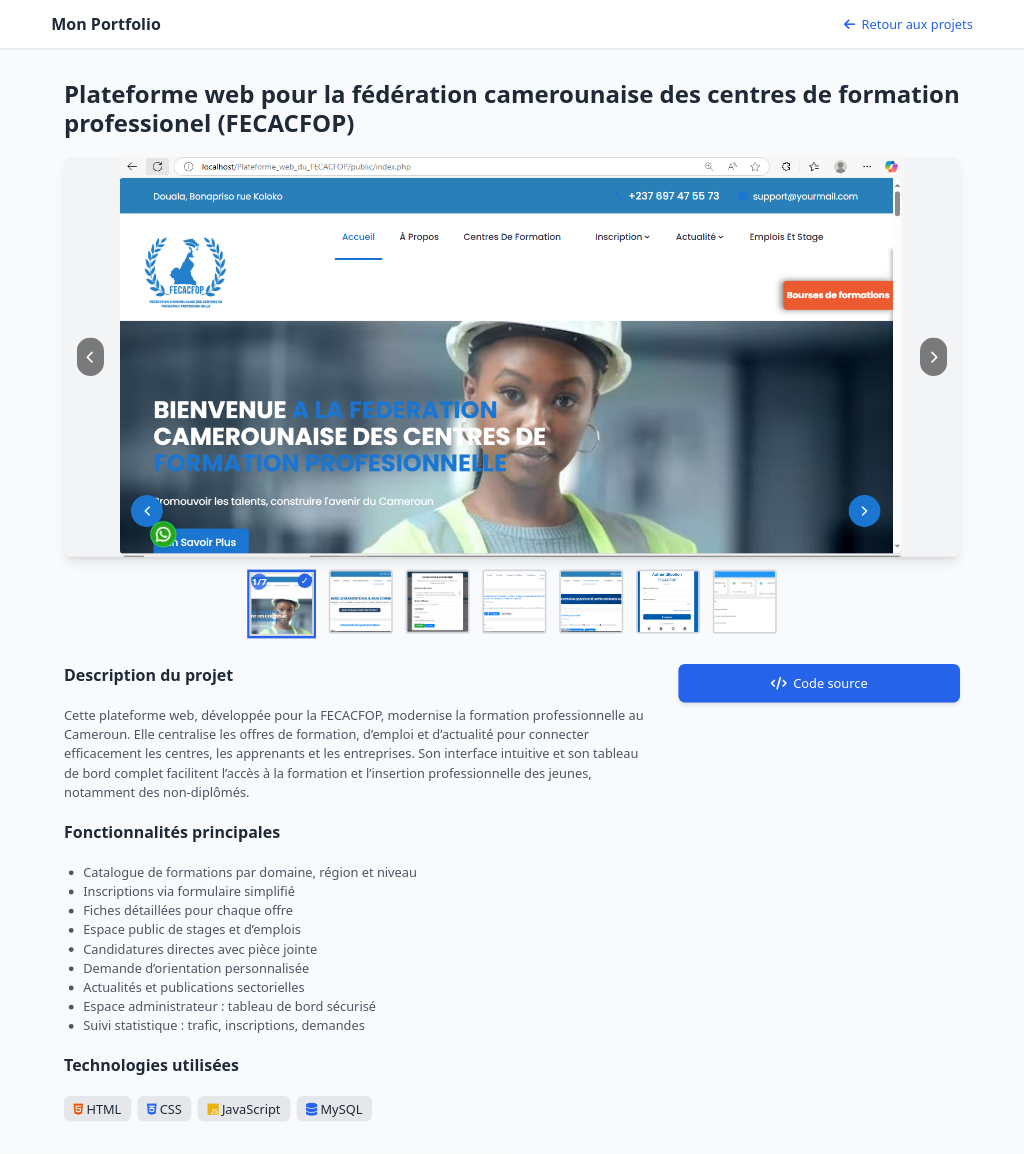
Repository: Edongo999/landry-portfolio
Page: projet-plateforme-web-FECACFOP.html
The author's editor kept a copy of each file at every save. The page is drawn from the files as they stood at one save, then again after the next save.
The browser window is 1280 px wide. The pictures show the whole page, at 80% of full size.
Some web libraries are served in a nearby version.

Above is the page before, as saved 2025-09-14 03:14:53.

After the next save:
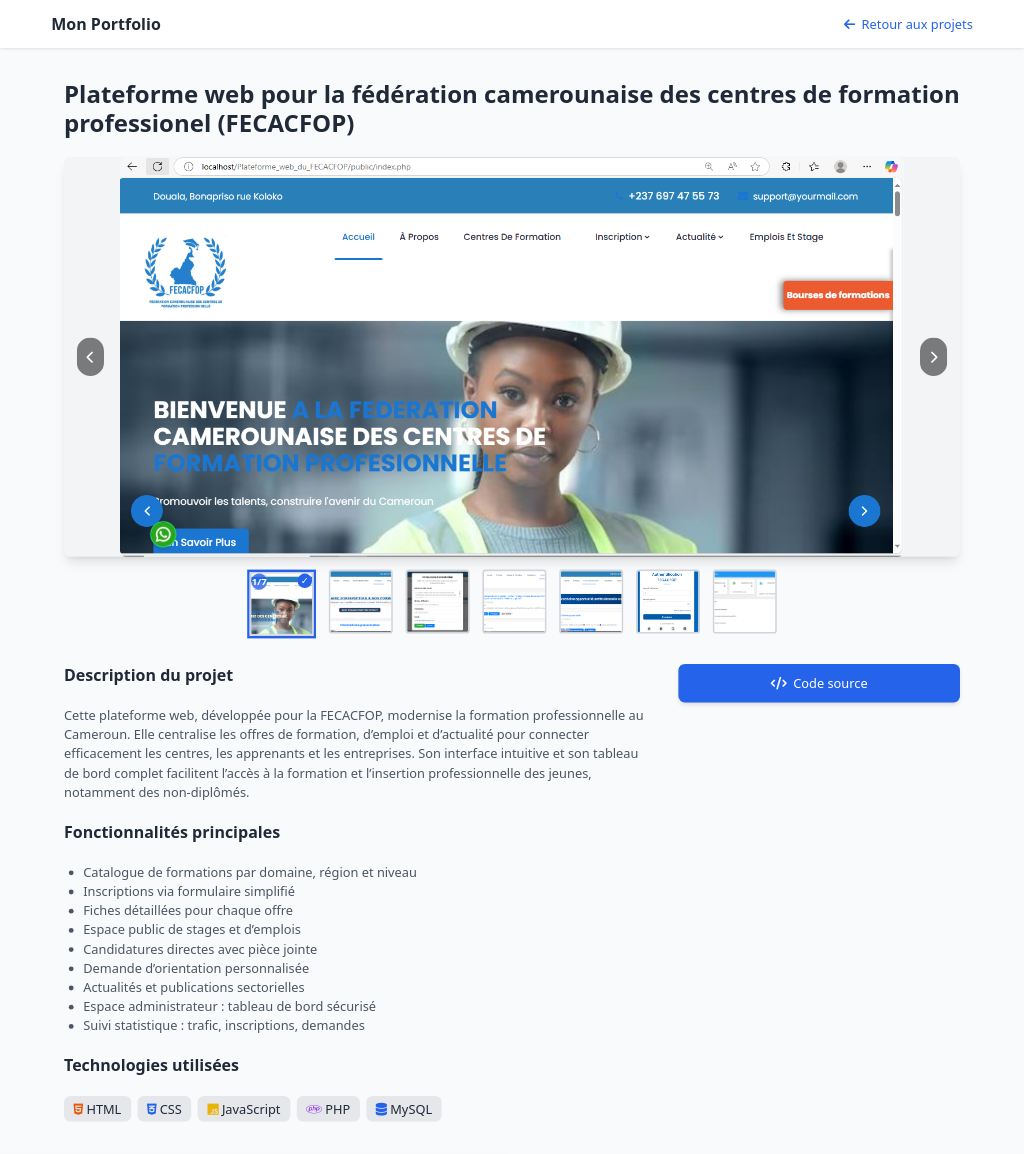
Saved 3 min 1 s later.
--- a/projet-plateforme-web-FECACFOP.html
+++ b/projet-plateforme-web-FECACFOP.html
@@ -118,12 +118,24 @@
         </ul>
 
         <h3 class="text-xl font-semibold mb-2">Technologies utilisées</h3>
-        <div class="flex flex-wrap gap-2 mb-4">
-          <span class="flex items-center gap-1 px-3 py-1 bg-gray-200 rounded-lg"><i class="fab fa-html5 text-orange-600"></i> HTML</span>
-          <span class="flex items-center gap-1 px-3 py-1 bg-gray-200 rounded-lg"><i class="fab fa-css3-alt text-blue-600"></i> CSS</span>
-          <span class="flex items-center gap-1 px-3 py-1 bg-gray-200 rounded-lg"><i class="fab fa-js text-yellow-500"></i> JavaScript</span>
-          <span class="flex items-center gap-1 px-3 py-1 bg-gray-200 rounded-lg"><i class="fas fa-database text-blue-600"></i> MySQL</span>
-        </div>
+      <div class="flex flex-wrap gap-2 mb-4">
+        <span class="flex items-center gap-1 px-3 py-1 bg-gray-200 rounded-lg">
+          <i class="fab fa-html5 text-orange-600"></i> HTML
+        </span>
+        <span class="flex items-center gap-1 px-3 py-1 bg-gray-200 rounded-lg">
+          <i class="fab fa-css3-alt text-blue-600"></i> CSS
+        </span>
+        <span class="flex items-center gap-1 px-3 py-1 bg-gray-200 rounded-lg">
+          <i class="fab fa-js text-yellow-500"></i> JavaScript
+        </span>
+        <span class="flex items-center gap-1 px-3 py-1 bg-gray-200 rounded-lg">
+          <i class="fab fa-php text-purple-600"></i> PHP
+        </span>
+        <span class="flex items-center gap-1 px-3 py-1 bg-gray-200 rounded-lg">
+          <i class="fas fa-database text-blue-600"></i> MySQL
+        </span>
+      </div>
+
       </div>
 
       <div class="flex flex-col gap-4 md:sticky md:top-32">
